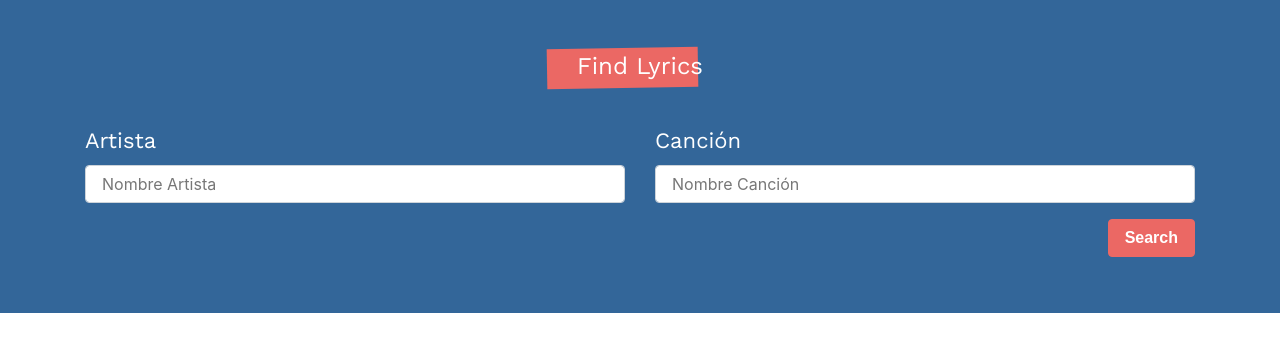
Repository: ppfeliuu/Lyrics-and-Band
Page: /
The author's editor kept a copy of each file at every save. The page is drawn from the files as they stood at one save, then again after the next save.
The browser window is 1280 px wide. The pictures show the whole page.
Some web fonts or font styles are not loaded; a fallback is used. The project was rebuilt for these pictures with package versions that can differ from the ones it lists, and the page was loaded fresh each time.

Above is the page before, as saved 2019-06-21 13:36:44.

After the next save:
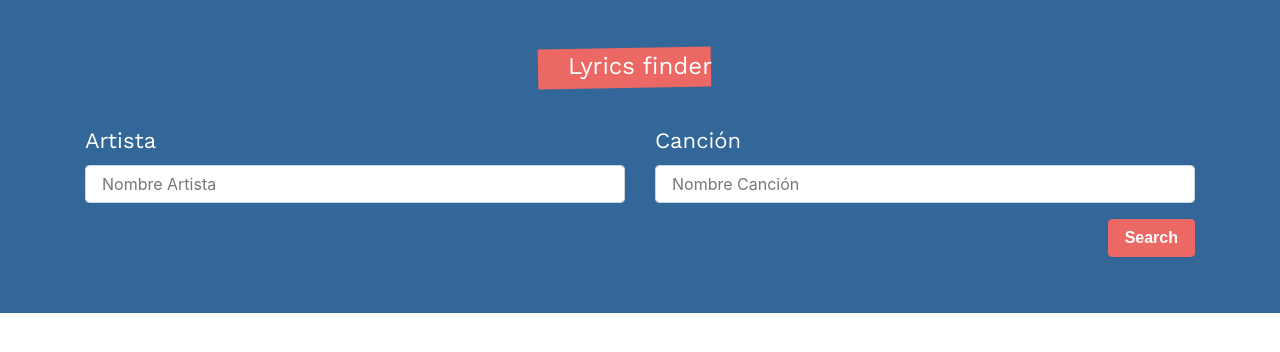
Saved 16 s later.
--- a/src/components/Formulario.js
+++ b/src/components/Formulario.js
@@ -8,7 +8,7 @@ function Formulario() {
                   <form
                     className="col card text-white bg-transparent  mb-5 pt-5 pb-2">
                       <fieldset>
-                          <legend className="text-center">Find Lyrics</legend>
+                          <legend className="text-center">Lyrics finder</legend>
                           <div className="row">
                               <div className="col-md-6">
                                 <div className="form-group">
